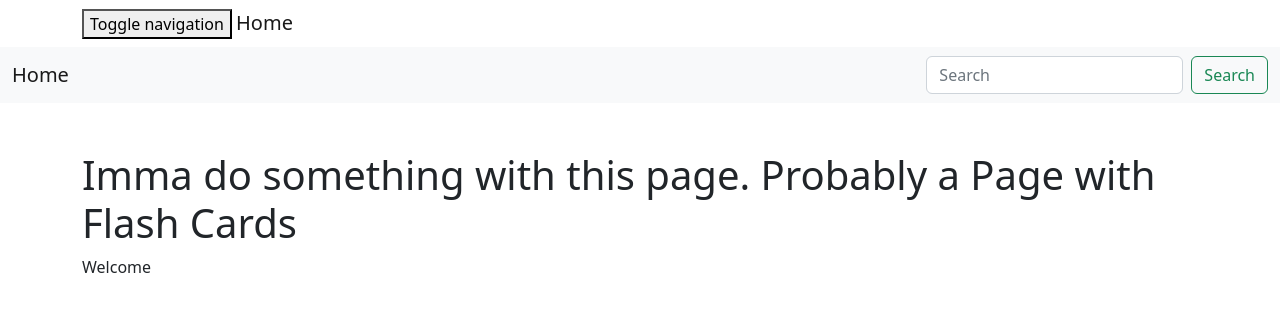
Repository: Junholee369/Junho_Lee_Capstone
Page: http://localhost/index
These files come from the project's save history. The page is drawn as it stood at one moment and after a run of saves; the edit follows.
The browser window is 1280 px wide. The pictures show the whole page.
The page is this project's Thymeleaf template; nobody is signed in. The template is opened directly, without the code that normally fills it, so the values that code supplies are empty.

Above is the page before, as saved 2022-06-24 16:17:30.

After the next 2 saves:
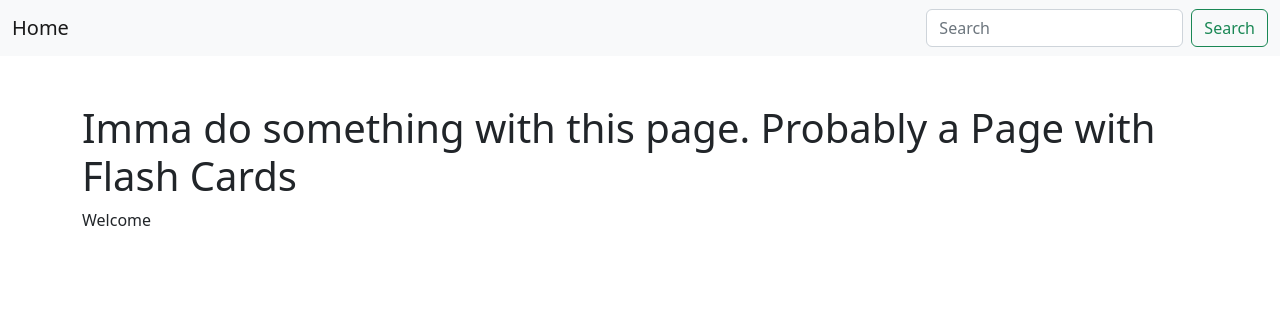
The 2 saves are shown as one change because they came seconds apart.
The last was saved 9 s later.
--- a/Inventory_Management_Capstone/src/main/resources/templates/index.html
+++ b/Inventory_Management_Capstone/src/main/resources/templates/index.html
@@ -14,7 +14,7 @@
 </head>
 <body>
 	<!-- create navigation bar ( header) -->
-	<nav class="navbar navbar-inverse navbar-fixed-top">
+<!-- 	<nav class="navbar navbar-inverse navbar-fixed-top">
 		<div class="container">
 			<div class="navbar-header">
 				<button type="button" class="navbar-toggle collapsed"
@@ -37,13 +37,14 @@
 			</div>
 		</div>
 	</nav>
-
+	 -->
 
 	<nav class="navbar navbar-expand-lg bg-light">
   <div class="container-fluid">
 
    <!--Icon on the very left  -->
     <a class="navbar-brand" href="#" th:href="@{/}">Home</a>
+
     <button class="navbar-toggler" type="button" data-bs-toggle="collapse" data-bs-target="#navbarSupportedContent"
     aria-controls="navbarSupportedContent" aria-expanded="false" aria-label="Toggle navigation">
       <span class="navbar-toggler-icon"></span>
